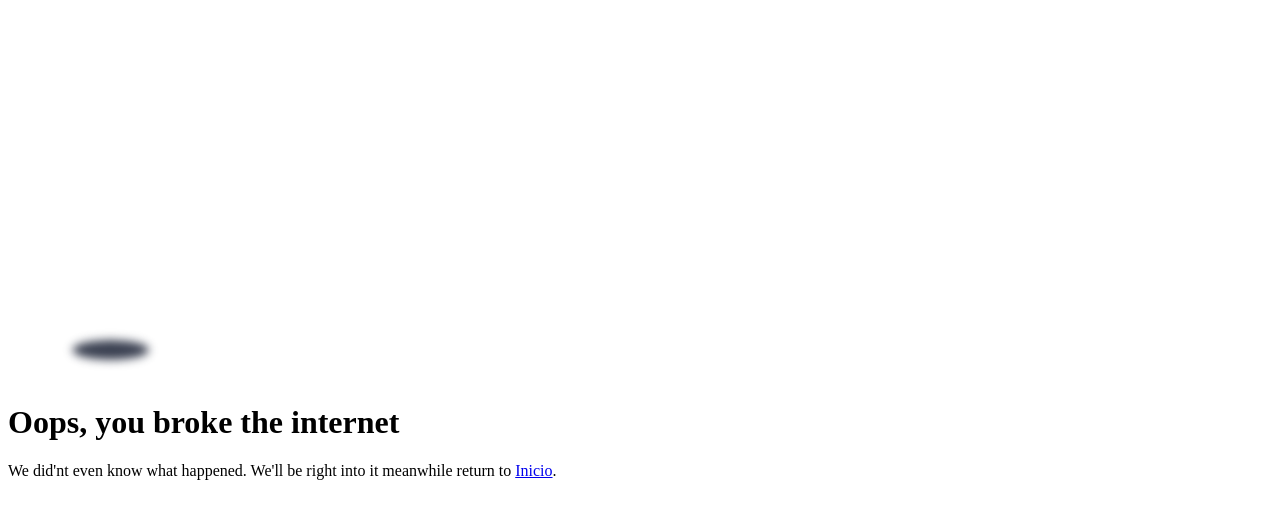
Repository: laguileraab/java-test
Page: src/main/resources/templates/error.html
The author's editor kept a copy of each file at every save. The page is drawn from the files as they stood at one save, then again after the next save.
The browser window is 1280 px wide. The pictures show the whole page.

Above is the page before, as saved 2022-02-16 23:38:13.

### src/main/resources/templates/error.html
<!-- Generator: Adobe Illustrator 19.1.0, SVG Export Plug-In  -->
<svg version="1.1" xmlns="http://www.w3.org/2000/svg" xmlns:xlink="http://www.w3.org/1999/xlink" xmlns:a="http://ns.adobe.com/AdobeSVGViewerExtensions/3.0/" x="0px" y="0px" width="206.5px" viewBox="0 0 326.5 592" style="enable-background:new 0 0 326.5 592;"
    xml:space="preserve">
<style type="text/css">
	.st0{fill:#FFFFFF;}
</style>
<defs>
</defs>
<g id="shadow_1_">

		<image style="overflow:visible;" width="192" height="103" xlink:href="data:[embedded picture, 98 characters]
GXRFWHRTb2Z0d2FyZQBBZG9iZSBJbWFnZVJlYWR5ccllPAAALnZJREFUeNrsfdmSHMeRbSyZtQBd
BBdrzR0ZJBu7ZpqHmUf+AH8C/8P/wU/wB+6j9CCajck0tDsatVEk2A10VS7h48fdIzKyqroBQtNY
qAygLXKrLfMc38LDw7mlLW1pS1va0pa2tKUtbWlLW9rSlra0pS1taUtb2tKWtrSlLW1pS1va0pa2
tKUtbWlLW9rSlra0pS1taUtb2tKWtrSlLe0jan65BR/NvaXlli4EWO7TQpzlwX7A9+A17/X1G77N
1+8S1LQ8/OW3vsVrzoH093r9s+nIs7/zSz8/e+Df6S2IQws5/nEI4N/+mq9/NqCvrq7Ovtf19fXR
8S/f8Ov/v9nebre7E4iXl5d0L2nKTibN138P2GkhwMf3O+4B+hzgz+4B9H1g3u9/mJ/7N+0ONzdy
/Hdv+aO+tX59caHA+8PpNZvNZ3SOOHeRJhPm+VmCfP02oKeFAB/O9z5z/Jk/Ft/PzoB8AviXZ0F9
+O1N2a8BfXt7O7/ucOD9p7Nv0HX7t7rPq9XmBFzr9dXJse12S2dJ84dzZLmbJCDHGxKDfilk8L8s
0M+l+jHQaym+3/9fP4GWwf27CdwTqP+Fz73094G57xnw/2faH7uOz1/yPzt31Iahv/eeN017AqK2
XdOVbcfVi+n8X6bz9xGnJg3IUkjy5ws6R45jYnyTzaznP4sQtBDgYb6jPyvhGe1fnQX7l0WaZyn+
tJLah8OlPwZ2/4UCd+yeSH8M5hrEsv2ZgX+4KMc/PbpuHAfe/uSNf3SMr6gmxY/1OSHJD/L/mDT1
9kScKybOikCYTJaaJJkg35kmmRPjP+iYFHNCyAZ9rGTwHwnwT6X8kYTPgM+SPUv1DPZjoAPkkNaQ
1RncGbAK6s8Y0Lpfg7kGsmzv8jHnkvUiacdNBf5Rty+mX1FfixZiM4HkJpMg0kSIhm7sRH1tfKXb
sRz7qWzXxInNDYEwOJZJkgmStUr7/USO9foxb//phBR3EuLNyEALAd4a+M/8OSl/DvAAew109J+z
NAfQC8h36D9zO97HsQzicXx0BOqN35ZzDOSLCbzJQL5Jtp+Sfrcttld2bJxIUV9zRwsh0O1sX0kg
/e1tuUbIHhToQYjyUs/dZkLo627jnjJhhBjXql0ySW6YDKJRfvihkKMmxpwUV/QnEItJcRch3pAM
tBDgjYA/SXsA/0TKs0lzDvA12GtpfmFAHx89KoB/hH0GMsCdtjj2mIHN2wzqRwDsOvljMK8TjvH2
ZlMAjX0q261f4ymvJrDrdesJAUdE8AZqM8wKyMu5Pf+20FN9bSFHh/29O/B+OD536OTYKznWEMgS
bg+FJJkgIAS0CcgBElyblmiubwop/lZpikwI0RDfwoyaCHFKhg+XCP7DBL7a9V99NZk3d4H+BPC7
Cz+BnYH+aBCwF6BvGdy8DekNyZ0BDgADpOtV6+egXvl2VYM78Xbr1YTg1xDx9koATTRds8LTbRtf
g12vfX0L3s+A7v1AXTdJfu+tDwPh2gPO+WjH+kICvL7vIvkAEhg5mEgHu0aPdbQ/YBvk2FPbrRPI
8Iq3a1JkTXFMiEwGfN5/MSGa71g7MBlqzfAhE8F/DMCHeTM8vfX/fA70n/T+cLsOGfDdeh8A8K2B
feiacAz0duhDWun2CscM4OMQwwTs1mdQNw36RvYVxK3T41SIIeeNAMTXN/m6cp7KuXtvypBBXpOg
dwP2ewW/EqCXawTk8jre9iNlAslxJk4Y9HrsB99T30fdZhLUBGFQp9D1dOBjTTOmwKTYz0ixZ1Io
IVarLikhmAzXajZdP96nuzRD1gofIhH8h2TqnAC/kvYvX74I4+dP/KcM+v32VUDEBaDv1qsACb9m
oGfAr4YupPUKGiFAoqPPknwcGBEswWODXkEbo24D3NREAa+Cn88zYGMa+XwsQMY1ET3hGgZ20+hx
ysDHddFTzNt8vJCgKWQ4uTEZ9AzkoZb0I44Pcn4o1zCox5GEBLw9mKbwAnhvvgEMuWDHBgE8Xu+H
UTTHwOczQWIcE8gRGfyeTaoBJGAN0QxjqknRtUMCIbLptDpsEjTE7eZRgnbYbi9SrRmOtcIdRHhv
JPAfgtR/9kyjOWeBv3sRIO1vb2/CYauSHqDvu32AlO9Xh7DqmzC0/FcBvmFpPjLIxzGEtm1h9rD5
y08Skp4fLaQ34zrUAE9xxCNXYMcIDRGEDAZmBbyBX/aDZzQzfEACPLrglQgk1wjYKxLo46VKIzQ5
mFrA7yqA1+AfBejewD3yf+YotuVYKtfqdaNK/VG3+Vclee2ox1Pgm8AaQwgyQBvwPt+KcUwM5shE
GGD+pJoUw9Am9CBED23BvkXXrFKzGtKKCQGTaXXo0u16myITYcOE+LH9iTbXuwQiXH16k+A45/GG
iQhlXOG9kMC/P/Dzj37GUr8GPps6T5+eB/72cBsAfEj6GvQwZ4aGkd25mAHfMNJZKwQcFjkWRn7E
3DPAAfoUIdvYnGFDWMBvYOdHzcdSALAF5PW2XeOMEAHAJiOBSNtpX8HNJBBO5P0K/C5rgJgDpXZT
jknAoE2J7KwRQME+jtW+ESNlTQHACxnGcg1+GMgBEYBzyXqAHwQJCS9nk2nkOwLNMDYJBMmkQI99
NiNHJQSTgYnQSz+mrmcydEPqVn1qWSvATIJW2NweChF2uy/Sd9v/JiWCagMZfX6PJPAfDPhZ6l/+
eBFg4+92mzABvw2w65tbH4dVw6C+je3QKOgDg35A3wHHDDXHxowHzhnkQwgDC3ecxiMOXkgQjAyJ
97FBuWeAE95EegV+MAIAwHlbQM5WNgVIeUYlCVq9C6oJlBCqBYDvYPszPyATIsY8UHBkAhkRHKQ8
A3zMxxTMKZ9nheTZtca5kb8ZyCIk8vh4SjVp+CelTATRANAESe5I0tNQDMH6TAp+w+j4hikBYoNI
cGLAs7Jgggy807ZuBBnatB57JsKKFQ7MpM34eDxAO0Ar3DIRNocEP+Hx9ZMkPgKbRU+e/IZJ8Ucj
QTGJ3ikJ/PsA/zMGf23yXF5ehSz1dy83Yc/AX738KULiA/grBn4XGS4s5ftwYEh7+RNw947FsY8M
gBiGaRuMkGMAO3rdkGMkREiq+ANwKwcE+CAGgM1QCQC152sE0NAXzkycYKaPM8AH9Cx4FXl8zglB
4I4Gk/wi9UPWAtHVmqBIfkU6uWTHINUV6fzx2Hcq6flNlCj8FnBcuE9yvV4n1wh3lDT8XRLIIr8Q
V/CLkgFfjEKQg3tsQXvwb0AUwMAfpGfcJ74vI7ZZIzIB8F40ggzQCik5pgRvr3AtH+9ZS6zTKEQ4
sGZ4ROOatQF8hOvr/cws4uefSh7S83dLgndJgBPwv3jxqwCT5/p6F3a7a5b6W5H6Kzazm1sXD+gN
+AB851IDqc8PsKlBz8+4gfRnFR/9yOd5G6Bn+5d5gNfyq3GMHy96ATxkOgQ74AsUeyUCjGRARkIp
Iv4hQnnfBZXwALZohYSXAqcKbmgMIYoziR9E0gcRw9nk8aYB3B1OcH7YBnASAhjYSTUAVWA3kkDy
Qyv4igSyj5cnoVzCe+NL8y1AOAzfLOk+uMK3gl2AkDUBsfEPcjDYQQb+5FGIQrrfOD/IdqQRpAD4
CccY+OihFVhLDiACNMKwYS3BPRzmrnNjrQ1OSPCONYF/l+CvzZ45+Dfh+vqHuGXw3zYhIsiCsEzs
fDy4VeMr4COQ6H2jPe8D9LI94LgCH+M3hQTJRQG7betxCD5vYGckONYl2BdJDpLwFgHBsDxMA0Cu
ChEEimbyBAE/iCJXZtvejkOMeyOD2f96PriTSJA3yV8euJg5SZSJqgrdhxbQY+poOAM+BLaaPNAS
GIpAL986Cd65x2tEpzHwhQB4URBNwT3catIeUp/VkZBCQK9/mRAIumKfd6UH6PnTBvTyR4P0q3UY
lByBrSQ3rkEG9uehDR73abybBCc+wYMRoHlnLvCRzf/06dUE/ga5WjG+9DAzoWQ3DQHcDZubrmtc
Cm0GPt//lm8H94ShyibgOhcRkefzIIURwIEwMIl4n71W8UmxDRIwJxwEHX+WhxgH2PFPrBpSyW7a
wMAfnEh2J+YNDByFlzq7QG85p9aLHCDBYuUE63sYdsM8SQZyPdv2AnmSSBBsHKMNlX/eCAIqKkfM
PHKyby/mDkDm/wEch68QkvgGXi4Z+SskXOOCWFXcsw3GbjCG7rxsOwx9j2Kb8VNh+gHYDHw/MI8G
fsEgsVeXBn4NvO/e9wOfiz05xjzv8e3Ea8LWdYPIEL4H/KjdS/4wNnfd9e6Fu/zxibv67U26/uu/
8sf9EVhBoh2ZwKj7j0oDzKT/V199E2qbfwb+l4xg7l+xGRn8KJKd/7fUDgz22K54hzHM277l59Qy
hLUnJQZLxhbpXl628WcawKnExz4kOt971QCiFdTk8YIKXGegFlNZ7X/RBiQAD6QngxrnALDAVcBu
YRvxC3wmQ7bxSR/66f32R/eeTlQ+kYJ78hFU3ai5g2sU6NksUuUgdhhsH32dSHsv5o/4A2LyiP1k
mgA+gUh2OMbSs7ZVqc/HRQMEIYFIe5H+Ang/8E3rHbYZ+Ax3Bj57ZD7xX+zZIJJtORaant+arwUZ
uiFhCNvFoRuPNMHVTXry5K9JQqTfION0Nk5AH6MG8Fn6uyvN4UG05/Djpd/tQIJbkfz75hMWyQp+
AD+1fbsKrk0DY78Z24HBz7bmilXySiT/6FYM4ZbFOhPBM/jxx6TBduTflBz7Y0HBj9EsfiL8zFn6
E5PCB9USYs1Hl+1/GPkiliVqE5xGb4IqCJg+glhv13m1Q/TYhGYRu97rruGexFC3m1GB/nhEuIBc
kK3Xq90/MURozD/F9I1phUQm/cu+EkE/JJhGEOkvx/QPhAjai1aAxBefWyR/6UPZH7yAX3vsM8kA
6t6PqY8hMuCpZ6ei45dCG0fEY0fYiaMDzfgugyMr/kad/PpaE+y7PcEkvrpCyst/OPcVkolm5s+D
aAH/8NL/mYzwZrv/8vIiINqzfRFj2waYPWzGbAv4Vwx+yVCIrCmTZ9C7FUvsFYvsVRppzRp6FVny
EwjhmQhMggDNEKjlB9Moqalh9czvpyaRBiRZypMMS4kmMCDHyQGW3isxIN3N3hcSZBPHNIQjM3e8
Ob0G7mICqXHuHJnXmzWFOQDurpwgs/Nd5k1WC3rcmz+g4Fb14LNpZE4ymZawsQRSsx+UkS04w0kJ
hpE5GVRArGjMvgGIQDLMpuAnMYPU7pcROzZ1lARBAM/vBinf8Yt7freOdWSXrGcnuOPHcmCN0g2M
emiFEHGONcJhYPMoslZpBjjGu50bDwc3wh948lcNj1Za4MF8gebhpb9zWfoPbPd3141HqPPlNrAB
OarNnwD+oYV0z+BnZbxODH6++Wt+MGtKcc0PZBW4x3E2X1f8CSsQISHphv9AABZzbSYBIkUggTN/
gMTOFzJoL2CWSKVIf5PowYs9IZrCT1EgdXLNJBLg6yCAxnlcFe2RQKTL1MiWf9YC9yXEKZLtVaYF
1B/ImoCKSSSmj3kUvjoGS0dGx3RkTl+Hc0nNJvEahBSUSQBzCE4CxpKVgZMGcBhi8Gb+YJTN9aoB
EvqeL2Z7P3V8zzrkRsizZAGD++tF22K8jb0C9gBYx4NK8L/lRiLyjO8mqRS3iW6fjPT09td0JROY
rhk7JbX6wXwB/9DS37H0//KM9A/hgtXk0NCmbwlmz+BX7AesQIAQGPyege/SJvm4FhKMtOE7t/Y4
ntyaFPxrFtvwB1ivevUHxCQyAiCoDS0gkaIUndrwUQwJRW4wkRyMFACrmTga2THb3xcn2JnpQ24C
uB2bAO6PbH5zev00Gnx0r6hyDcwRTrVZVAbGxGIpPsAkGX1+hZtMIRuBmPsCbh4NEo1Aol7EFBI/
QKwoZF8oETT3wg0B0p+Ql6fA5+tZ+vuO3501gEN/4DdmiZ8OfHv22Oa33rNKPbBQO7D6PYyJz0fW
CIPr2CVg/6Dv+RH38Ac+de2AMYIXvxrGd6UFHjwKBFPu6oz0j27PCraN285HRHv4RjZ821s2Uti0
aUTys6/K0j9tGDwbls8bFtFrFlMbflhrfoRMBjWD+GavxAwi1gIBEp81AcyhpKFRifZAKsEg1m0F
v4I8mN1uDq6QoUR2guUZOPUDDGuFEGXfRJOcUDJQZfJ781lrgUPnfQAiV95i/sD1DST4lDVENpnU
9FEZaX5DOW+EMGcZEVNnYwKk15oGUIeYz8PsgZ8tESE+Z5EgktAmv5Ztf4IfgNzUjkT7EgIUDYSL
81nD4p4kIX5C/Bl0QyCpkaE6nMBgDOggJFyFPt32h9B/IVrAQwuwWfTgI8EPSwAzf9D+hf/97Yv/
75sX0W8Toi+PGNJd6AYf257vT9AwZsP2/UDjCtEymD6MWTZ9QALPwOc+ce9owzdtrSYQ8XXsK3hi
k0icYo0CsQYgDIyJ7a9+gC+mj6CraAAJg05hTttWYCcyg6cg0h9J/0naC8wpR4C8Pw33HIGesu9M
NBNs2bipCOBzZMhI4Cq2ZJD7iTiZD7XPYH6BRoOc+AXmC6i/kWwkYlRfAOAn8Q8kAsRECJkExGYP
TCHvkDnYIBXQw5QVoSLDymJHqnwhM7dGxGP5IHvMLo7s043I3+rbyL7GgY3VdRg3Tfq8cx6FCJAX
JhOgxAzCmMDX/mPyAWbTFg+/3frDj2xguid+2MEDHVi+HIIb2tA2iIkR3w/cQAxwYXQd0tyvGKor
/slrlkT8x+ZQ8Bu+0UIGTK8SEwj+gRcfANe2DF91hJNJJFekkkR+nM9mj5o44vRqZMgbiH0FbG8i
fe7sZoeWSoBTNUAV369sfX90W/zpXfLu3KinP1H5PqsRopnbMGmCjH4doqZsUqk2KNdKPCgZYZJd
nwTw0kNCQwOYP+Bd5QSzKeQRZXN2f2UgMvqcBiK3ImFQgWScgV0AGXPwiAUha7thsrA3EOIwNpGf
P/thB3YHxj1yrUJPMXUdaZWOv37JFvQf/Tfu9w8WDWoeCvgS/cHAl+0hye1TGOwsG0YGf0otW/ox
DB37QIEJIANWiPeH1sKZGPCSaA8LDkywYnMIcwpVAyTsO8/gD5ivyGYQrsn2P5tTrgyKyUCYjugC
6BRJcR3s+wZf2fdGDl9Fa2xgy/bJ+eLP+vKj/YmpMwM3+Tf0ve6uqDCZNzNVQj5HTT3N1UyJBLkS
JTLfgeZhUyOCE/BrL1oiiQ+QtUKJ/ogWiCrxMVtHQ8XIuQgmBtTRxkygwCY/3kNHimFG6ZQG9omR
Chi6yL5AiPwUab/hb/hKZuP1/eif3nbvxAx6cB9ARn1vQYSdZr4PPf9I/rGbHlMXETcIo2/4RiaT
JgraoANakOg2AGZSnk0dmEesMVaiJdhXEJIwt/j+t4gCeRsIMzKwpCdzfHW019BsMX1vUovCFMMv
oBXnNogSqEdzZ6A+dWr9WQH+cwMOdLo7mUb+rFPoqVhKZvf47HmUsGoeJbZBNpgnZiaRDk7A6rNe
yKEDYholQ/g4mpkYNMLqzGKS4WWV+F6iRQx69g28zGOzoISPkk6HoXhMx8Es5RajaCz6t6MPzSf8
KTfqcnf/4vJEfzGln39sBKjsfzRMX2yaKFk5CbOr0spmdCTcFQYlMK8AZSgicQ1hyshWYzQbs9Eb
qTdTBsDkBuNPJL86Y6wFyFIhnMb5Vfp7s1GLlJdQZShSXh3YaXCLCtQ9OXc32OsRrCNzh05s/mMb
6A7E+1OpN9n988GyU0f51G+Y/AA3jR2YWWS2E5k/IREi8w9GHTDzfroH2bGnvGkDa2LmtNIjJYI0
XJpMG8uzwwg8EiqCVzMUbMCzlrnY8DBYKLKCGf2FR8yjLkj2gPg/Skh5yFaqp30i9XFkbm4abZZV
U6YXpjBqejJvSaKahi3NhHEaX7ZjEtK0mLOAXVRzHtHNr7NBMLXzjQi4NsXsCJOjWN5bt4OFQy08
SvNwqUaEgn1WjhCFybnWa3weV8h/3nyKO/7l87PXTKPN0+eXz5k+o/5eJ3+q8WJx+CHNfQn9mo8E
GY5tX+6fJ1c0srO0kiJY/HQ+Pw/9jTZpWTStvGfQDFqSSUSYXNSQzsKT8fDU+q3bSCWOUprGKnwg
a2AqcPb1R0qAf5s26/o70jZ1JoxOM3Q2pTDn2Vto3PJvNMOSLL+GdPZJdkqzyWJAoOLAzmL1NE9X
yJJ/stv9cWx/svknKe8tVGPXzJLhqmuOw57ZSXzd38lYwfz9aHLUzbv1tSab/dHseyjVyE1Svdwj
8jn6lX/3lNpNNslHwsiqPYls4E/9Ih08l2eig4Ahp4m7kjU7Pdt5wYC6dtJ4UjryyweF58MT4A/3
OQhH+4OhPU/1G7ONMc2QmtIAnEVDNCO5sjEyLsncUZrlmlWjplWcUa+jmSFy18CLmReVSeLPXkOn
cf4qLn/vn7/LGT7+zOq7+FMziE6+m40JzCKsU8oFzb+zr28GlbCrhVwF/1RFbisLrp7Ukwfo/OSU
q1F8FhLxTG3Uj9oJLu0vqCjWsrfzitLN2oVtpAOy1pxWMygA0el8iMfJTCZ4x2RpvDqjSaIVMjgj
gzQ6oJN0SrhX50yjFiblbJAqR0DEbCAzhjWkY3F9TW+YaYMiPWkmfX0JwFMlkalkgE4vrs+/3UCm
r2lJE8DoTBoplQt0rKyQhIoTbJeR/dyUQZ3HApzlC7k8OmxpEToq7EcLi8pIsQyqUX4OXhPq4DQn
SX0bZUC55Bh5maRf0rZNN+ATpKCXJKyTzX/WhjkCu8s/klZn/cgJoEVZB2V55F8qRZkO3G3SoBm3
cvNl2JBvVcwTMfyUjZhj0aQjkYOz0d3svFpuvmXPTPo72+vmPySx+/V1SS2gKgJkZHBlZPfIrPHz
wS2apTv44/jnXfGfnxMGrQNLdBwRckUTzqS9ymZfpUj4aVBsli6h+4nMCTZyjFTCoUFBLwlxLifE
9fosMBqM0KgmyeWJMrovyXRDkHkHXmeNhaSkGvG+TRpTT02LnBRPqhG0cl5EbSE3lXt8/oA+wMMR
4LnmQaAMxnZ7Q9fXWphVS3awG3Q4UGzb1Pc9xeBSwGC5TwJ6JzOPFPAM0Z5Q+4kk0U0T3FzgV8h9
K4OyFpgkCSvllN9qBJjEWZMpe0HnNEpkyOzkPCg25fcbZo7zempiTOAvYwP+rkxP/3PjoHQvKfyx
eUN+HhmapVCXhDifeaJAzy6Eppp6HQvwNhbgLTVa+TNoajSDPCEdgoGP8Ca5jnukQ3R82zoQg+VK
J1miQPTI1wZ9bSiTa5gQEc8BZGhQliWh9oy7JalO59MN9U9eIA7qHlLyPxQBJlNB6sh/41ED5lv3
K3fJrG7Z7/mR8RzdHikkDPE+rVoMB7SsOqWEsmQeskzBTF/JOHReskc6mc1lERlNZrSES68DO05H
MXGDW0zBy6E3b1EOGwCbIjsWBSG1kcIU+vR+8o2qsKibRn99cQBykhv5efTxLil/J0FOc4JOcU9n
Aqp1LlBlAim484jwLJnO5XRoZ+dVWNjgWNKJMVIjzMYASFOjddrj6DQJDpNgMtAPSIZjyXPgaw7B
KSn4XTtJ/Mf1KfSquVVb6DxjTKb3UmIl9imF1Zo/8xWToKX2+4bcrpsL04/MBMKcTv/N5TNCJqhU
Ev7EOVQM276IKYSLlNIhuW3LEsCnppVizCjuN3iMhmNCBaZkxyDpC4k0bq+5B8Gmm7s8y0mH6kkT
tZCnTjIeIGHNJof/YC4ZGSQFmnIKRAG8mkI5UqPAl3RpN0VcNC1u0gZ5hGlm9/h53k/OoSNPZ4T5
6bh+PaqQyZBm5JhNmKE8GuymqZPZUc3xNWVosfdz6oOZTskXIlAeDR7Ndx3FBGLNbPH9UaS/mjwd
coL4Mw8irj3AT3t+wwO/FNV9UYGXiUBKCE9dZIGGmWD8jWRSPcDfDZTGdsPqYM+qoaVP+Q/zmb/b
DvRE6ovuPmInmJm7+2pH+73zKJH3xfc7ajaI8KAC8aOU+kOidSMFm6kNkPyYZIE08Thq6QUBZnA6
CcoQoxO+Nb13lNETj2QtSH4MgqXGYzKMaQAZFDPgS3Icv6dMkFcTKOTkN7KYuo4LuJL3P4U8c4h+
Motoiluekfx+TgR/3geg14z+epvwe3aAy6IxibLDO80gU4lONg8gk8BPA15Tn6aMUFf1frRip4Nm
hKqAUXPI95ISjUkwIv0d4hldcmHvA4OfewIZnN/z3RWtwPs9q/W+cWNPKM6IChJskq5WrGH2zAdi
EqSb9Lcnr+hz92ta/5l/z+avthjH8werEPFOnGBUATt89ytaXaoZxP5AinFIfscSBZal64ZVx7cu
akWGEblSCBpkx1RHhFC3KqfzIoNRctNJHLHED8LmA9i8AJK5ASFK/UEthSIT4M0sKmkRNqBTzKBp
ZliZHzDF+auYP9mwMk2EmOf+O7pjnYM3qRBdT4+ko1SHkvSWp8PQLOHNIj7m7Jd5AToRXjNA9Vyd
/0NTHpAmruk8YckHkoDDmIMPTus46lwAp7PB+Cvw0/MHfinmOrL0h43rD1FIEPaM9UMEUfi6vok9
351htaahH2gYUj+m1ZAQMnrcq/nzp92f3GO2/6XM+vOHAf5DEqDyA54Tm0FOzKD1hVQNvr7epc3G
+5/8mJqObT/XjFvkyVr1ABYToYnwCNQ+QVDISnuIY0aobcXAT5h8TZKSiyS4TtMgRPJrBQnexqhl
sqQ4GXnXKFCwKZKBbEaYRoRQCkUrzWp6tBbe9FXJk1ozeM0b0BDqlBpXzKJaK9AsOe4kO/Tc8y1R
T+9nDu1EjjLhpUR1jo7liS9m7pBNjiEFvEaBJTyp0TdvER9zfqmYQYhR65TIoNuw46GpWWxjPgBm
him4PSa+sLnDD/PAd5oJEQ4GfpkQg7nDbOT2LNqYSCsmwTDSS7H9pTjX9ZMxPU5PqPluoM2Thzd/
HloDKBHMDMJE5+9YC1yyFviRtcDF7WoMoWMkDTbhhOHeswvQsvfLt79BupBUQxsSy54k8yowvTql
Qep8sxoOkpcOR6vkAsmEeB90Yjy0QMjVIcjHsq11f2L2BfK0yEyEnBznpxHfYBOCfS6VYkOlflYl
YrJaLOOAcuqmDxOKX0uADPrk6xOGfxtc0nENyrMw8xisDc8KiGsnN0eDksbwVUNMyW9kEp9sfnCZ
ByBOcCjhZznWk4WkRQM4zAbzYgp5mRXGz4O1QTNSxwq7Y/V7GCMf5/0hUhfGtvd4fqz1xxRG2qLM
6SfjbnBp+H5P/7W7osfrS9rtbo8rQzyIFngHJtBcC4gvwFpgu8NcAXaEouUmCxlWqJwhAZ8xDVLN
p6GYtADmKNXFImrBJTi7CfHTDqVRWAq1jGa+55gXzC9Js2xQzXUhy2REDlDSqZE6RZIku9Ekfy6B
YmMLeS6wVouwLOJgEXafC1xNk+bJyOyr+QB64VQbyN8xKObrka2qRmiqsjhshKNKZzaproNZxQeQ
ag9yjc37LdEfraKo5k6QijCkYWMvocqkINeZYeL06uT4aU6wlDZJMi2SkN+fQs83i8HOJEhOI0Mj
aQTIs45nqY/zfWTp3zc9hY7fo2Xw8xlR9CiNckh/e7ynz3e/TvurTdqcOr8fXWGseVGjSgvAF9g9
/SJdX3/vYAq9bMO4ehURFXYo8ey7lQopzPhFnT6oZ8K9iiNbP6g0hjnAPRNB5w3AxMG8AVhOXmsC
YZQFyW4wg0jqgzotizJNjglBE+K415IoTmc0+VIehTQqZAZ9jvSEEhHyzurSZp9AxxSO5grbGJxa
MyHcXRbxOAVhmt8b3DTOldOcRbjbpBc/SXcZ7iDb18nvNpprg12a/x9sHjBpjUQd+U0S4RHgB6sS
ASdVpH+y8igWysw9ibSinpgEEEiI4LHhxGapRHv6yGY+SykpmxLgMDd8LYM/OfZ6XRy2bPr3/aCm
z/WT9N2n/01PNr+hM3WBPiof4E4t8JVs/yZ9t/3PcHm4oOvHLxJqwrx8FBxIIAmyWMiBn+lhwHRf
VDEeUVoPlb2tJAcmVLg+YeqjrFUE0EeN+pASIFhZRA2nessatcxQylmlk/SXMYHSqxOMzAubS+D1
WiksqglhvtQC8kYUXyeaGe39lBZBMgCRj997q6zmT7CRvGkWWHFo6zwgI4KFM608ok2GUQI4X2L8
WfJbaFQkP1IWpJSimD8JnleuETSKyUk2I0xGcrM/EAYWWTo9EiRg6Y6xG9UKKJTFkp79WxTIis3A
dm3sYfOr2QPJn8Gfxpvtbfrk+rKUR0Tqg65mj3Gk5w8q/X/u4OTf8/6zwrhXV5chl0PPFaFZE0SU
Qs8V4lAUV4rgoi4oA7cTgMdWjvUIcTZy3Fk1uNHsfWeTYbQCXMR7lGK5QeqAWo1QSdLV2qAkBY89
Soh6TcXWOkHzeqAIz1ZZjZI2bJWgbZL8uTqgpPHW+ZzHe7SAP0qsS47qpDMb4Ep5NFgK4EptUCuS
i0J3UlI9aXHcXBWurhFaaoOW4rheyiLmfRTHLZXhvNTZkm2KsoCT1QaV0VzRBo04x8FSIQbtxVTS
SnAbFMq1IrkYB7g9dOmRgR/rBny/u06Pry5TWUHmHdQDetcEuJ8EL19ImcT9fh222zbcNtdSILfZ
M/CjFyLEoEVwexBiQJ0sP6sSXRfHVQJopWgMNkq+OgCL4gRAcYJDnErOel0VWnuW/pkMkjWBnDyr
Dm1VJObVoHU+7FQJ+rgKNIn542wxjSrE6WcZlLM7h1LNU0i0rhxNlDMyq4rRRgRxhiU8BUkO7ILz
iUo5xCTBX4mqoUa8Rte0GK4mG8pSIlIdOleFBtiDlUbHAFZjZRIlX7fxQxQyMNiT9rkgbov9TRzY
3hk3o5P1AlD+BGXSb5+MI8we+IQz8MuqMb+c6tBnSDAtiVST4HhhjNUrH9frJuzjy4gZ1KgU3QXM
I2W92msPiS8EGJxGeFBEHStmSKl0JUFIvqwPgBlJWBGAZF2Aan0AWxdAioSTXCF1QWdrAnhgmKwy
tLdkAx0rsLUAtPJPXgvAh9lqMKGqB6QLalSjxNn2SfMU5LwQxpR5ofU+7TiZMpA+5crQkOJWJj1o
9tlUF9QqQcv1lFIulitao1orAFWgZfEMgByLR6FcuvQ0pmqNAABdCNHo8bxOAIA/rlASXStCA/gw
efKKMcdVoefgf3eVod8VAe4lwfX1v/oXL/4z1EsjySIZog1eBV0kgz2q1SE0hxCHNmK1F1sZRhfL
0IVdQhiECEPEgBpWhwkCez4JTSBrYnjAXvq8MkwSQoxBiXG8MowunAFQw2aIQYONUmf3eEUYK5de
VocRWW1GmWqHs4Nglot0NuEt5XSI0Qq0WGSoXgxjtmqMLYJRVosRc2gyjcpKMfilWC9MpICIfFsl
Ju/jPyxILJAhnGDwt6OsrQNqGOixSowsjLEiWSVmxdtYPwzAx3JJwxZrAui6YZD6N9sLNnn2Z5dK
eh/gf5cEuNccumuZpF5WhGQi7JkI3SpAI3RMBKwECR8Bi+G1bByBDE3TB2iG2fpgWAsMjw09P93R
9xGL4MkqMCkvlTTK4jGy6J0sFSfDYzLhW5dOygvhxWrGWvDn1gQLeT2w2VpgUaqNxiqFbU4AdTTO
3C3JP1aQj7P1w4QEKa8HMK0TlsajbVsKCcu5CP3LWmGJQrVUUr0kEhYCwyqS0QB+bp2wcWhSBn3D
hk69NBJWkNSlkTYM/D7lVWGQBzY3eT4jVH7DT1Kb//2sE/aeV4n8erZuAKa/1dpgRgTTCHkt4LxY
Hha8XrUdS/8oZDheIRKE0KVQmQB8IK8UqaSYrw6ZbME8OV6tDBnLtgI+lumb81UhZZ2xk9Ug4cyc
Lojhzi2VekQEWftr0GVT6/N5idTZypEAd1kl0tYNs1UigyyaN0pNkmmRPKwUGbByfBpkcTwF+zBI
JQIDfiOVzAF4ydpksA/VSpFNPySsJQxpv1r1DPyNrAmGNYSPgZ/XDj6V+holPJvx+o4B+Z5IgHZm
qdRqxci8ODZMI8wrzsul1mS4b41gLIY9soaApsAi2OM4kSIvfp2389rAmLgty6jKusCostWWtYAV
6NO6wDVZ8GtiBX7pIx1FgcI9UaA0J8F4vHaw+eF2To7bMZlrMep2WS518LY+sIK8rBc8DAz0WJZH
1cW0FexYbT42Teo79FhAuyMB/Jm1glsGfXz1itZs5lw3N7S5fZTyKvJ3Af99S/33TYA7SIAb8fuz
RECVsKe3/8THvhdtkBfMBhmG3YWHifS6VeKhIdYA+9HC2XmF+BbrwrUwg5qzq8MDzChZp75oVcni
aFX40xXhlTjNjADpHgKEAoChjAbr/Nl6FfkM6nr1+HOLYYurHTHxZKAMchzXFeN7mEYEyd6FDpqC
Mthl+4AV5Fdpj0Wxb7FCvK4HfG61+OMFsu8H/vuV+h8CAX4WEWAa7fc/CBkG1gr/XGmFseuYDJ8Y
GVBsS1eQByHGR4NUoXgEQnCfTaZMisQkQEWCTAxUJUtSn133BfxSuWAt4M4kkSqMSYsr4/wK5bkk
585NlQ6OtIBxAZl75dy5BnDKVJC+JoWaQBnQALlcIhWlwmQWVeDW6xTguD50SMQxkMt+T1gBXvf5
OEt2mDPBVoCPt2z48fYrbBvgMaPvmv+wIjy2s6Q/Br37lu/Y+sMG/odCgNcSAVWR4CPgSNYK2IbD
PNwqGbCfCYHFtfusHVBi47PP3M6256RAD2IwqLdIcHwstWmEHAD+elVKdmB/jdjKZuNSVcpDwb5x
0CQz8FsvA9VHDSQSFtzVGP29j6eFsTDPR3I4wkSCPV+LRV15wxuY8zWHri/kOAa5agWV6pifHRnk
kOxivgngX8kxlfBzwK8Y8H/B7yigf0yI6NSgx/u8IfDfK/g/JALcQwT1EbS7gwzFTJp8BpGQTAjn
/sl9DnIckQL1Zy5KnaJPXCaGANjMKGyPo4IbJEl2jF1F/ygDfYt+dVLfZp0mM2c6vpl1Z9t+vpFB
Lb8zTOZRAfuhK6CfwK0TyjPAM7DnIMe1P8l2luzO/eBgzkiOzJGEx7EMeOf+5LJ5Iz9n8xlh6msB
fXFui43/wQH/QyXAXd/rtWQQyJwhBAqzo8zenBSoPqZ+hNjaVowJJpRzSo5Pq+OFJOh3eV+Jgj6T
pRDmwoBfFwGT9tiOj3ebQDED/uXRcQbsjW7XoL6xg3LejmFxFay6Uva53Vi9HdjsjHMBeGPHAPQr
d4WlOmdgFyKzWYP+PsDfA/oPFvgfOgHegAjnyXCOENlkQq+kAEkm00ntaSaDlW8EOS7zseyQZpKI
BsHWZ7MqZhfVdibMfP/tWgawtp9m+zdVESkBNiT39XRsDnA0BTlqNGmZmlOgZ7Bnk0YBPzdr0KaV
3T8+0H9MBHjdd62Omc9whhA1KbJDXWsKNHS3R+QoZrmR5JQonc+lOz6tyHJMmnPt3Lnmnqpox+cm
UFfARqvAXQP8GORbBvm32KiAXoP9GPA6N9dVFRqevwnI6WME1cf6nY+OV4QwUkjB6jOaIhNDtcYP
J1ojE8RVJCnX3EOWu1p/hiw1sF/3+hrU54Cdt7/N5/98Mbs+mzDngH4e7CcS/j5w0y8BTL+U33Dm
3FxTVN2MHKcEOU8SaVYA+HCjhPnda77wMYnqVgP4uH1bg/7CQP2HY2DndjfAswlTMD6ru3MW7K8D
Nv0SwfNL/U13nM8PfU6Oo82zRLlPo9wZ7Dkm0QmAz7X7QV0DuxgqJxv/TvPf+1Zgpn8UsPwj/s57
rj0GzevJ4t6QPPeB+Cyg7wT2Xd/1rcFLCzCW3/6/QJb/jfb1QwKVFhAs7Zd8b2h5pAsBfmn3cgH1
0pa2tKUtbWlLW9rSlra0pS1taUtb2tKWtrSlLW1pS1va0pa2tKUtbWlLW9rSlra0pS1taUtb2tKW
trSlLW1pS1va0pb2j9T+R4ABAOgiAP26ckJ4AAAAAElFTkSuQmCC" transform="matrix(1 0 0 1 66.2048 489)">
	</image>
</g>
<g id="robot_1_">
	<path class="st0" d="M152.7,89.2h-0.1v21.4h19.6V89.8c6.8-3.4,11.4-10.4,11.4-18.5c0-11.5-9.2-20.8-20.6-20.8
		c-11.4,0-20.6,9.3-20.6,20.8C142.4,79,146.6,85.6,152.7,89.2z"/>
	<path class="st0" d="M162.2,466c23.3,0,43.1-14.9,50.6-35.8H111.5C119.1,451.1,138.9,466,162.2,466z"/>
	<g>
		<path class="st0" d="M159.1,356c1,0.9,2.4,1.3,4.2,1.3c1.8,0,3.2-0.6,4.5-1.9c1.2-1.2,1.8-2.7,1.8-4.4v-21.4l-12.5,22.4
			C157.4,353.8,158.1,355.1,159.1,356z"/>
		<polygon class="st0" points="213.7,338.4 213.7,314.8 194.8,338.4 		"/>
		<path class="st0" d="M163.3,313.3c-1.7,0-3.2,0.6-4.5,1.8s-1.9,2.7-1.9,4.4V341l12.5-22.5C168.6,315,166.6,313.3,163.3,313.3z"/>
		<path class="st0" d="M283.5,262.5v-42.8c0,0-4.2-78-68.6-102.3c-19.1-7.2-36.6-10.1-51.7-10.7c-15.1,0.5-32.6,3.5-51.7,10.7
			C47.2,141.7,43,219.7,43,219.7v42.8l0,65.7v20.6c-0.1,1.7-0.3,3.3-0.3,5c0,1.8,0.1,3.6,0.3,5.4v0.5h0c2.7,34.3,29.3,61.7,63,65.4
			l0,0.5h57.3h57.3l0-0.5c33.7-3.7,60.3-31.2,63-65.4h0v-0.5c0.1-1.8,0.3-3.6,0.3-5.4c0-1.7-0.1-3.4-0.3-5v-20.6L283.5,262.5z
			 M131.8,344.8h-6.3v18.9h-12.6v-18.9H87.6v-6.3l25.2-31.5h12.6v31.5h6.3V344.8z M182.2,351.1c0,3.4-1.2,6.4-3.7,8.9
			s-5.4,3.7-8.9,3.7H157c-3.4,0-6.4-1.2-8.9-3.7c-2.5-2.5-3.7-5.4-3.7-8.9v-31.6c0-3.4,1.2-6.4,3.7-8.9c2.5-2.5,5.4-3.7,8.9-3.7
			h12.6c3.4,0,6.4,1.2,8.9,3.7s3.7,5.4,3.7,8.9V351.1z M232.6,344.8h-6.3v18.9h-12.6v-18.9h-25.2v-6.3l25.2-31.5h12.6v31.5h6.3
			V344.8z M231,242.4c-7.7,2.5-24,1.2-31.4,0c-6.8-1.2-65.8-1.2-72.6,0c-7.4,1.2-23.7,2.5-31.4,0c0,0-22.2-1.9-22.2-30.5
			c0,0,0-31.7,22.2-51c21.5-18.7,53.9-22.8,66.6-23v0c0.2,0,0.4,0,0.6,0c0.2,0,0.4,0,0.6,0c0.2,0,0.4,0,0.6,0c0.2,0,0.4,0,0.6,0v0
			c12.7,0.2,45,4.3,66.6,23c22.2,19.3,22.2,51,22.2,51C253.2,240.6,231,242.4,231,242.4z"/>
		<polygon class="st0" points="112.9,338.4 112.9,314.8 94,338.4 		"/>
	</g>
	<g id="light_1_">

			<image style="overflow:visible;opacity:0.83;" width="142" height="143" xlink:href="data:[embedded picture, 98 characters]
GXRFWHRTb2Z0d2FyZQBBZG9iZSBJbWFnZVJlYWR5ccllPAAADKhJREFUeNrsnQuP66oOhU2m//8f
Tzi6umdLPWxsr2VMQlqQqj4mk+bxdfkBGJHddtttt91222233Xbbbbfddtttt9122+1jW9mX4L+t
1tq9JqWUuq/Ol4KjQZF2Mb8IrrIh2SB9PTgrwPItIJUNy4boa8C5AJZ2/3VD9FBwkmHJPu/6bRCV
LwDmrnOsnwxQ+UBgygX/U6+CaFWAyocAUxY615oN0YrwlIdDU5LObabi1CyIVgKoPBCYEVhmn2+d
DdEq8JQHQRMBZqYJqwPbPB6g8oHAlETwMpWjZgN0JzzlodAgwJRJ8LA3uw4AtKz6lEWhQYEpifCM
ghOBpmYBdDU85SHQWEBkwDQDHOb9iCrdAk/5EGBGwMrycaJgpAJ0FTyrgMPc3EKCVJKhQW9q9PUj
4CkPgKYE4IlCZH2OmCgGCubvjD90CTzlRmi8Xz8KBwoOa74YtUEhqMHtQ+ozE57yIGgQeNDnEXgY
aNhnRp1uhee1QO6oEL4M8jwTntps8/7+z2vrWcD9a/sVYl/P83EItfGgabdFgZkBz6jSaK+17VBl
ukV1yiLQsOrCvtY+ywBnBBoUpuXgeS2gbig01uvIdkykxaqMZV4QU4OavXZfl5mxcpHalAtg6b1n
wGGdY0ZhtM+sbVAlQpzndNUpF0ATNUsoGNbnHjgFNFeMmbKgQP4eMWOXw/O6WNVGoEEgyYQnojgo
NJWMsjzzFTGH94NDmKhRaEYeGfBkQHM6P7I6AA90rzJU5zURGtTPyYLmSASIAYdRmfPf42RVyMrr
aOBNVZ2ZpooNvSPQHEF4ZoDDQnOyv1EDDspkZajO6yK1QbLCEgTmcMA5bgDndJzed4hGAQqZrFUV
h8kOZwLDADULnPPtJp5OhDQKkAbNdNW5KwGo+RpCQoM+M/B44TgDTfv6fPv/FprDgKcq1/K2fqww
OGAkhfY9eX6OB432WoMIgcdTnN5Dg8bKvbxD04OnGiCjWeR01VmldxzN1ViwePAgjjOqOB44LTSl
A5Ao0LTwlKDDvJ7iJKoN49d40KAw9fbdU0DtRtXG3GjgnG/77AHU3vx3aFCIiwHQVKBeN6uNgDCh
0CAQWWbLOsaemToaJ/gdnBaYovgw59sxta/b4+mNBxqCJGquXpOg8Do1I10J7Y3vPX5ANfIUpzjQ
tGpTFHAsYBCAeo4wY7ammS4anIECAYjaCJDgs4BBFchTHURxDsO5ZfarAWSZ+gp0WRQlGlu2kzNb
bY7A4weEh/FzejmY2sBSHWCKk5Npz7vdr6c8IX8mYq5ek2DJUJsCwvQDvPbg8fwcz78pitoIoBZ/
9mUpTw8aRHWmmavZznFEbRD1KYbKMPD0ANIill63QSWhEQOa6vxYWNWZChEFTmByXZbaoNFUFB7E
H6kdxTlJaKxhGQcAD6o6083VK1lVED9HSLVBssY/BjysydJuuOffoObOcrQ99YkMr5hirq7uqyri
91mhuZwD8HUsiNjIqqc2lfhfMfwkVHG0AV2Xm6tZeRzPRKEZZa/TEoXnx8j1tPv1FCeiNlZ3xaEo
j6c6yFCKad0PMDjBkX4F8GuyFEeDR1MdrSvC801QtUH7t94d7ApeCwSepfM4hTRRUTPlDdTqwfNj
vPecZE8tCmmm0IcGkAZFUZzlUPaYcZDv6B0XR9KZHM4RAAh1kDUA3sfWjABzKudWgYChGooioKoM
qc8VIwA9aEamvxxgqO75OQdoqtpM7qncNGSw12GoDnItbi1CcFXmOBqme8lANs9jqY5mdmonkjmN
bd9v4iH6gPVT+EH1nsm6zEF+TVYaZKBURG0OiQ25aFXHiqw05/gUvce7jb6ODjRWFwXblxcJu6/L
HE9aWAyp8zc6v8obn+MlAXuRkQdNL8xGe9CRgf2WoniDvpZIAGYsC+TNOIiMDiyi90dZTjUKzil/
d0pWxWc5jePuQSTCzcBIN0NoZHVXVDUabaGAHaAp00xVm6ltlcPrZ7LGE7Nz5WWCgxwG77UYGNFo
K2rWrPyQdJziQ/FV2hzMSR6nCD7Pfon2ulldmAFPo8nDIv7Mh0P5rjZSQnMwSN0eAaCaqh6rgDNa
8p7NOHt+EyP9At4wdL/ecbKKUu4G5v3Xc5cfE4GrAOpjOeFo+M/8DwIKAhITUIwGKI8EZzaMyJhn
b1tGGTLL/zMgzVw68qPAYaQ9sk0ZuOEoWLKacnwDOFb9O29bZn/VSO5J4DvZNSA2ODdA5d24Cm4b
XYwjXDqfBKhK3krEjwnH0RH66K+6AlAg5WKtSKUS+0DKztYAKEsp1etCMLwprNqvqgKgMKPtWLOH
7DMCCnsMURV7DDijYCAXKFKDrzcQ64+59ip9iuhl2k7Ry7cxhbBFYiVtbwHodQMs2uh87yKK8MWm
e0MbirFde4ztsZ0OLGfz2UlCHXX0v0px2IvkmQV0iGav3l7bjWB9fw+a01AiBCDkR4GY75Gg4v/O
3QVjjlmfRTMDUSC0cS69DsgWIpF+1Sx0zPE7LKfyGas6qDm73b+BwfkfhRMGc0XMFVtPuDfEs+35
fp/LhIw5rgo4GkSsLxTNR0X8xmVMlVUxSkSf/1yDSsMOyRTxp5v0ChqJ4RD/AvCcilrVATWKrte5
VH0cTT0KAFYx8i0C+C4MNJr5KYDiVMURPjsA/SpARRzmUcf5UWtyekm+dnR+RHUsgFBotCm31g1q
AfhV4DlBJToV3whxmr8uj+OF5ZFJbKdwZdmsyf4WOJqD/EvCg5bz95xmLeqcmvd5TVQW1M9hlQWB
qfd9Gpin4BPyquMg/zqmKgqTZ6KGFrdnQ3EKHCKy8ipHaYtYoNB4c5FEiZ40NStNAhBxjlHV+RXO
fLF5HxGs9z3drL0mmB9UjbRJ85bK9OZtM+XTLLVh54KfgOp4vg8TqjPQTPd/rvRxKmCukChKg0cA
M2OpTQEUR3OQregKcZxZeGaE6ZeDEw27pUnvV8eHseDxoGHUBnGOe10NLDw1AE3vWFLM1NRytYCf
g+ZzNICsGyTyd5l7Ebzmnqc2aDUtMczMGVCbaH7Hi6bWX8yVcJTFyNoikZa1mAYDjac2hVAcFp5f
p2uC7exko6lHZY4zVMdaSbcEoDkFr6zuDd0YUZ6aEJ5fFk3NVBzLv0FVR4Rf9LSC3QSHE00xq8ec
gL+Dmip2Xc+0bPIlq8eQPeUjaxBEV85lhmAgIX0F913BLoVIMlACavPIPM6o6vTCXxFu4VNv9Tpm
+m8lVKdKrI8qmtdBZ248No+Dqk77vrdSrrfwaa9eTW/1uqMBhll2yFMezQFGgGEGeqFqk2amwuAY
5korGV9A1bEuRFtfRlv4tFe3RlMaK39TjBuCglMBeCoJj5YikCyYVlQcKxlomS2vOJEFzeGYKLQI
ALrmuPccTf6h5mnt5aMTVccr7qyZLg0iDRqkfg0S3iN5HRSiqE+DAOPC9JQF672VTzwz9t6D3Vsx
tyRAw647jsLjAYOG36J8/6VqMxMcJMJifR4RbLioNPv31kjIBseatBedOqN1L9Q71GYYnMDsBw2a
DIC0wkfI4mHZ4CDJvNGxx9HpzMs7xxYcmsliy5K10CBFp2UiOEKAk+kIM73kw2qTAk5wZKDmOKPw
VPm74KOIX3gaKd6IguMpjwTgEeBzFJSpypM2yc6Axyt1htTLGy1NmwFNBjyRwVkieKWNeoXaXBVV
IWYKVR6vhEoWNAXMakdNF6suKdAsqTiE6owojwheARSpBJqlOFEFEsHN0jA0WWqTDk4QnhkQSQAc
xsdhwWFUSQagmW6i7k4AspnmSuzb2l/ETDHmSgDViJqjMDTLmypAdbxfuKcGEUVC1W0UnCg8SCZ4
CJpstZkGzoC/EzFhkggNA84oPKyqLAPNXeAgN6wkgpQBTQY8WaBQI/seB84keFiQGCeYjapQp3kE
lKFZC7OgmQ4OAA9juhAICgFgpqkSUCWif6cd4ZnQXAJOEjwsFCUIJhsljkA0RWWugGYlcNBffwSO
EZWRCerD+C9LQnMZOBcCNKIwIz5OxLSkAnMlNJeDMwhPFiRXgTMK07LQ3AIOAQ97k0dN0ig4UXiG
gLkDmtvASYInU1EyfJwMRVoemNvBuQAg9PyyoqoMuB4BzRLgkPCMKsfs850F0zLALAVOEKBM81OS
AckAaVlolgMnCM8VZikTKPrmrwTMsuAkABQ5r1mKE4ZlZWiWBicJoDvPceiGrwrMY8BJBGjmeeeN
5V0cmMeBMxEi69pc0+/zEFgeD84NEG1YPg2cJ0H0dFg+FpzVQPokUL4KnKtB+mRQvhqcEbi+CYrd
dtttt91222233Xbbbbfddtttt9122+3L2z8CDAAGA9CHeMiJOgAAAABJRU5ErkJggg==" transform="matrix(1 0 0 1 92.2048 0)">
		</image>
		<g>
			<circle class="st0" cx="163.1" cy="71.5" r="19.5"/>
		</g>
	</g>
	<ellipse id="rightEye_1_" class="st0" cx="215.5" cy="206.9" rx="11.2" ry="16"/>
	<ellipse id="leftEye_1_" class="st0" cx="108.7" cy="206.9" rx="11.2" ry="16"/>
	<circle class="st0" cx="42.8" cy="294.2" r="32.4"/>
	<circle class="st0" cx="283.8" cy="294.2" r="32.4"/>
	<path id="leftArm_1_" class="st0" d="M32.8,388.4v-95.1c0-5-4-9-9-9H19c-5,0-9,4-9,9v95.1c-6,3.8-10,10.5-10,18.1
		c0,11.8,9.6,21.4,21.4,21.4s21.4-9.6,21.4-21.4C42.8,398.8,38.8,392.2,32.8,388.4z"/>
	<path id="rightArm_1_" class="st0" d="M316.6,388.4v-95.1c0-5-4-9-9-9h-4.8c-5,0-9,4-9,9v95.1c-6,3.8-10,10.5-10,18.1
		c0,11.8,9.6,21.4,21.4,21.4s21.4-9.6,21.4-21.4C326.5,398.8,322.6,392.2,316.6,388.4z"/>
</g>
</svg>






<div class="container">
    <h1>Oops, you broke the internet</h1>
    <p>We did'nt even know what happened. We'll be right into it meanwhile return to <a href="/">Inicio</a>.</p>
</div>

<style>
    @import url(https://fonts.googleapis.com/css?family=Roboto:400,700) body background: #5A657A color: white font-family: "Roboto",
    sans-serif h1 margin-bottom: 20px p font-size: 18px line-height: 30px a color: #FBD160 svg display: block margin: 0 auto overflow: visible !important #robot_1_ animation-name: verticalAnimation animation-duration: 1s animation-iteration-count: infinite animation-direction: alternate animation-timing-function: ease-in-out #light_1_ animation-name: blinkLight animation-duration: .5s animation-iteration-count: infinite animation-direction: alternate animation-timing-function: steps(2) #leftEye_1_,
    #rightEye_1_ animation-name: blinkEye animation-duration: 1.8s animation-iteration-count: infinite animation-direction: alternate animation-timing-function: linear transform-origin: 50% 50% #leftArm_1_ animation-name: moveLeftArm animation-duration: 1s animation-iteration-count: infinite animation-direction: alternate animation-timing-function: ease-in-out transform-origin: 50% 10% transition: all #rightArm_1_ animation-name: moveRightArm animation-duration: 1s animation-iteration-count: infinite animation-direction: alternate animation-timing-function: ease-in-out transform-origin: 50% 10% #shadow_1_ animation-name: shadowAnimation animation-duration: 1s animation-iteration-count: infinite animation-direction: alternate animation-timing-function: ease-in-out transform-origin: 50% @keyframes wave 0% transform: rotate(120deg) 100% transform: rotate(170deg) @keyframes moveLeftArm 0% transform: rotate(0) 100% transform: rotate(4deg) @keyframes moveRightArm 0% transform: rotate(0) 100% transform: rotate(-4deg) @keyframes shadowAnimation 0% transform: scale(1) opacity: .4 100% transform: scale(1.15) opacity: .6 @keyframes verticalAnimation 0% transform: translateY(-10px) 100% transform: translateY(10px) @keyframes blinkLight 0% opacity: 0 100% opacity: 1 @keyframes blinkEye 0% transform: scaleY(0) 4% transform: scaleY(1)
</style>

After the next save:
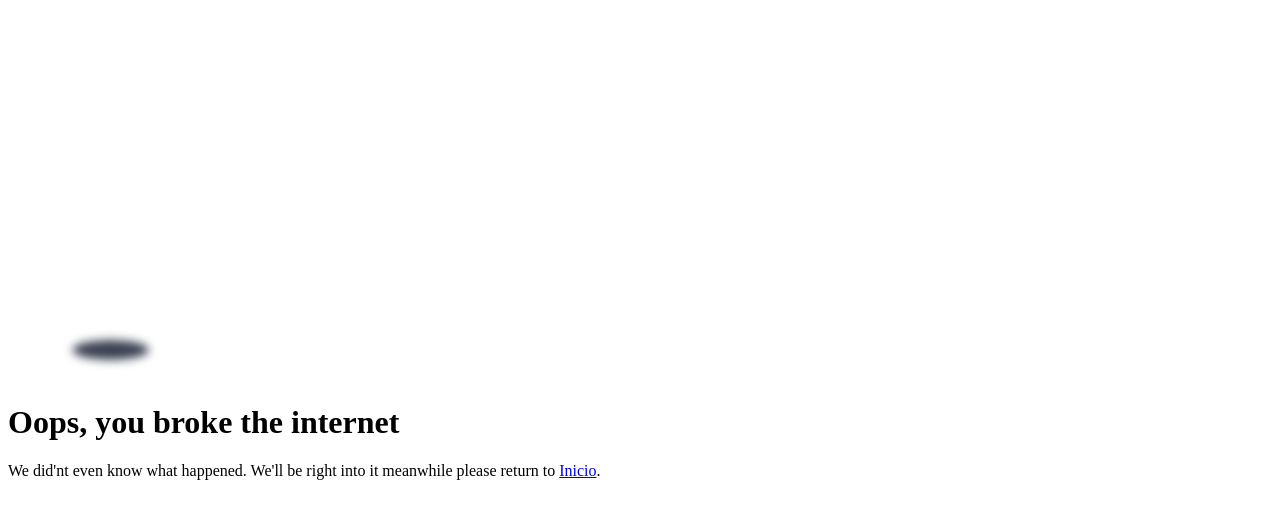
Saved 4 s later.
--- a/src/main/resources/templates/error.html
+++ b/src/main/resources/templates/error.html
@@ -325,7 +325,7 @@
 
 <div class="container">
     <h1>Oops, you broke the internet</h1>
-    <p>We did'nt even know what happened. We'll be right into it meanwhile return to <a href="/">Inicio</a>.</p>
+    <p>We did'nt even know what happened. We'll be right into it meanwhile please return to <a href="/">Inicio</a>.</p>
 </div>
 
 <style>
